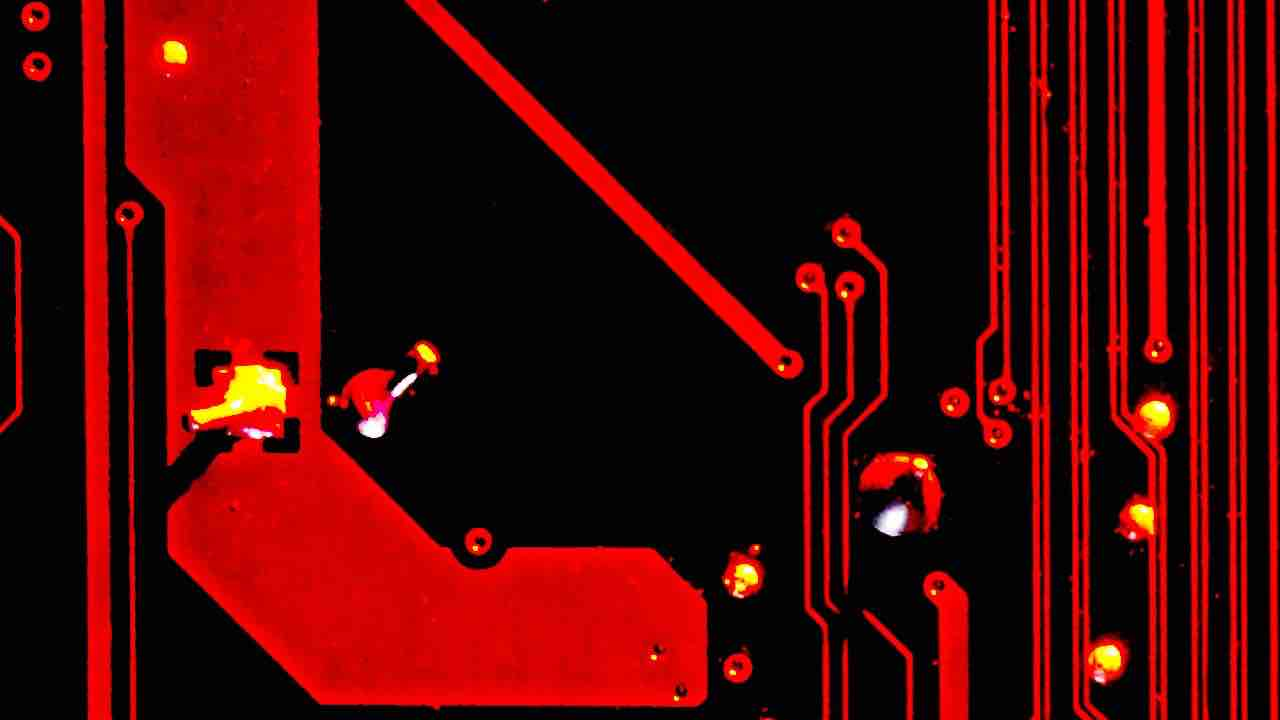
Repository: ionathas78/mathSlicer
Page: index.html
The author's editor kept a copy of each file at every save. The page is drawn from the files as they stood at one save, then again after the next save.
The browser window is 1280 px wide. The pictures show the whole page.

Above is the page before, as saved 2020-12-06 09:47:01.

After the next save:
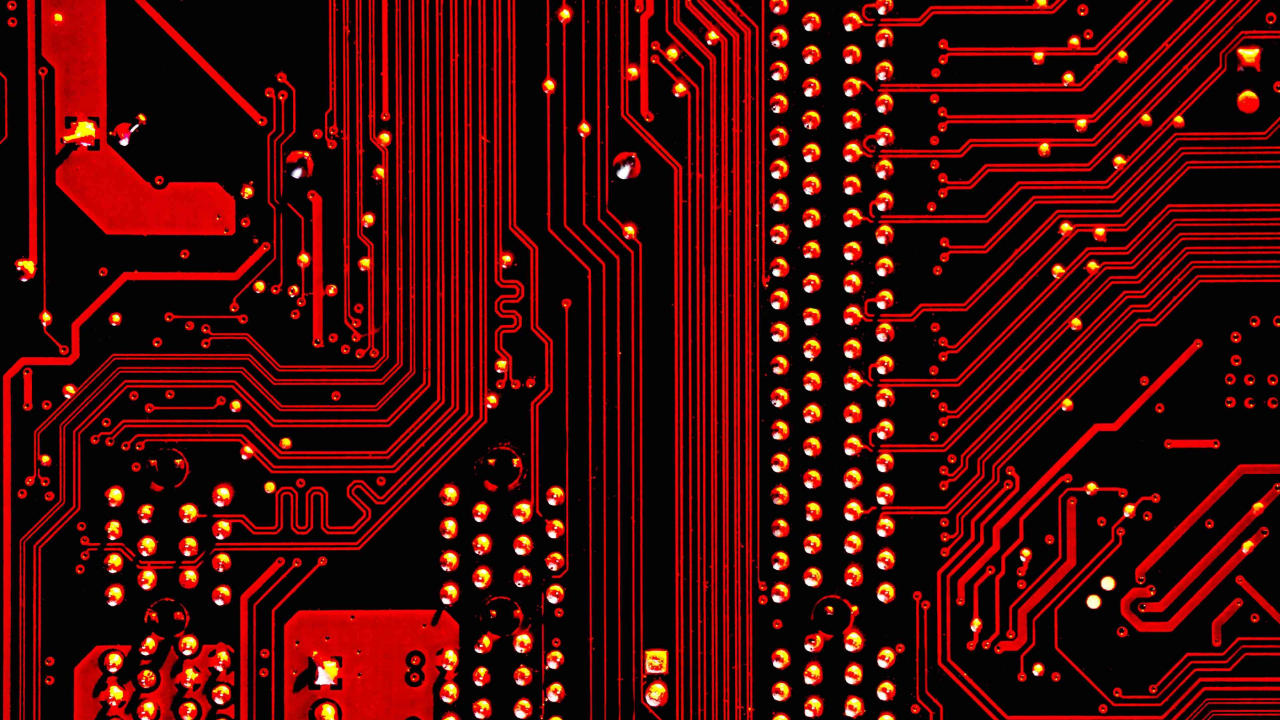
Saved 15 s later.
--- a/assets/css/style.css
+++ b/assets/css/style.css
@@ -14,5 +14,5 @@
     background-image: url("../image/circuits.jpg");
     background-color: grey;
     background-repeat: no-repeat;
-    background-size: auto;
+    background-size: cover;
 }
